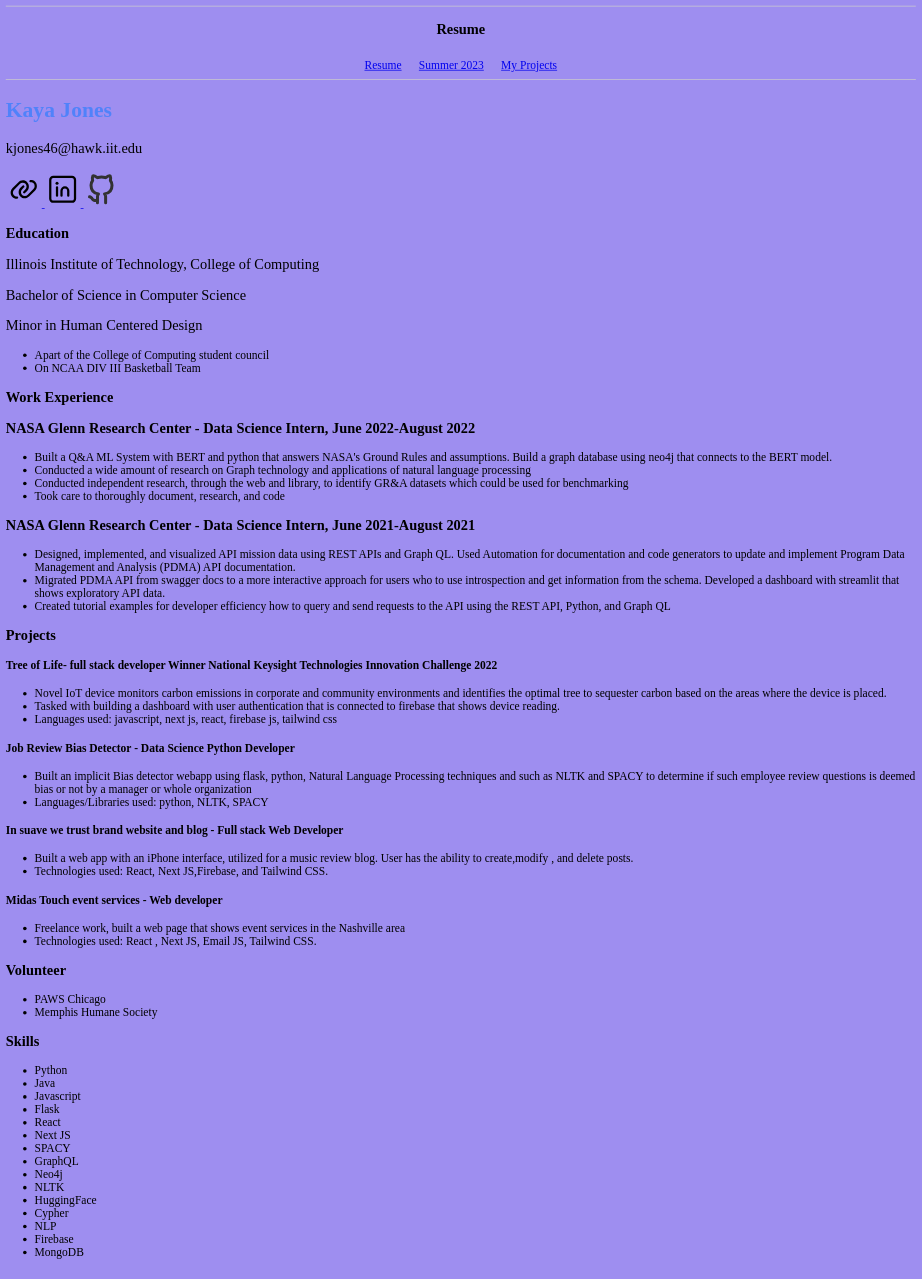
Repository: kayacancode/itm361project1
Page: index.html
The author's editor kept a copy of each file at every save. The page is drawn from the files as they stood at one save, then again after the next save.
The browser window is 1280 px wide. The pictures show the whole page, at 72% of full size.
Some web fonts or font styles are not loaded; a fallback is used.

Above is the page before, as saved 2023-04-18 22:21:54.

### index.html
<!DOCTYPE html>
<html lang="en">
  <head>
    <meta charset="UTF-8" >
    <title>ITMD 361 - Web Development</title>
    <link rel="stylesheet" href="css/style.css">

  </head>
  <body>
    <header>
      <section>
      <nav>
        <h1>Resume</h1>
        <ul>
          <li><a href="index.html">Resume</a></li>
          <li><a href="summer2023.html">Summer 2023</a></li>
          <li><a href="projects.html">My Projects</a></li>
        </ul>
      </nav>
    </section>
    </header>
    <h2>Kaya Jones</h2>
    <p>kjones46@hawk.iit.edu</p>
    <section>
    <div class="icons">
      <a href="https://www.kayacancode.com/">
      <svg width="50px" height="50px" viewBox="0 0 24 24" fill="none" xmlns="http://www.w3.org/2000/svg">
        <path d="M7.23001 18.25C6.17025 18.2535 5.15243 17.8363 4.40001 17.09C3.63614 16.2785 3.22341 15.1983 3.2515 14.0842C3.27958 12.97 3.74622 11.912 4.55001 11.14L8.31001 7.35C9.12729 6.50634 10.2456 6.0209 11.42 6C11.9475 6.00352 12.4692 6.11135 12.9549 6.3173C13.4406 6.52325 13.8807 6.82324 14.25 7.2C15.0243 8.01629 15.4433 9.10627 15.4152 10.231C15.387 11.3557 14.9141 12.4234 14.1 13.2L12.84 14.46C12.7713 14.5337 12.6885 14.5928 12.5965 14.6338C12.5045 14.6748 12.4052 14.6968 12.3045 14.6986C12.2038 14.7004 12.1038 14.6818 12.0104 14.6441C11.917 14.6064 11.8322 14.5503 11.761 14.479C11.6897 14.4078 11.6336 14.323 11.5959 14.2296C11.5582 14.1362 11.5396 14.0362 11.5414 13.9355C11.5432 13.8348 11.5652 13.7355 11.6062 13.6435C11.6472 13.5515 11.7063 13.4687 11.78 13.4L13 12.1C13.5247 11.6076 13.8338 10.9279 13.86 10.2088C13.8862 9.4897 13.6275 8.78933 13.14 8.26C12.6071 7.7953 11.9167 7.55197 11.2102 7.57986C10.5037 7.60774 9.83461 7.90474 9.34001 8.41L5.61001 12.19C5.09513 12.6812 4.79158 13.3535 4.76359 14.0646C4.73559 14.7757 4.98535 15.4698 5.46001 16C5.72088 16.2578 6.03529 16.4551 6.38093 16.5778C6.72657 16.7005 7.09497 16.7456 7.46001 16.71C7.55727 16.7004 7.65547 16.7101 7.74895 16.7386C7.84243 16.7671 7.92934 16.8139 8.00465 16.8762C8.07996 16.9385 8.14218 17.0151 8.18773 17.1015C8.23327 17.188 8.26124 17.2827 8.27001 17.38C8.28956 17.5775 8.23003 17.7747 8.10444 17.9284C7.97885 18.0821 7.79746 18.1798 7.60001 18.2L7.23001 18.25Z" fill="#000000"/>
        <path d="M12.58 18C12.0525 17.9965 11.5308 17.8887 11.0451 17.6827C10.5594 17.4768 10.1193 17.1768 9.75 16.8C8.97574 15.9837 8.55674 14.8937 8.58486 13.769C8.61297 12.6443 9.08592 11.5766 9.9 10.8L11.16 9.54C11.2287 9.46632 11.3115 9.40721 11.4035 9.36622C11.4955 9.32523 11.5948 9.30319 11.6955 9.30141C11.7962 9.29964 11.8962 9.31816 11.9896 9.35588C12.083 9.3936 12.1678 9.44975 12.239 9.52097C12.3103 9.59218 12.3664 9.67702 12.4041 9.77041C12.4418 9.86379 12.4604 9.96382 12.4586 10.0645C12.4568 10.1652 12.4348 10.2645 12.3938 10.3565C12.3528 10.4485 12.2937 10.5313 12.22 10.6L11 11.9C10.4753 12.3924 10.1662 13.0721 10.14 13.7912C10.1138 14.5103 10.3726 15.2107 10.86 15.74C11.3929 16.2047 12.0833 16.448 12.7898 16.4201C13.4963 16.3923 14.1654 16.0953 14.66 15.59L18.43 11.81C18.9393 11.3134 19.2355 10.6383 19.256 9.92727C19.2766 9.21626 19.0198 8.52513 18.54 8C18.2791 7.7422 17.9647 7.54495 17.6191 7.42224C17.2734 7.29954 16.905 7.2544 16.54 7.29C16.4427 7.29964 16.3445 7.28992 16.2511 7.2614C16.1576 7.23287 16.0707 7.18612 15.9954 7.12382C15.9201 7.06153 15.8578 6.98493 15.8123 6.89846C15.7667 6.81199 15.7388 6.71735 15.73 6.62C15.7104 6.42248 15.77 6.22527 15.8956 6.07156C16.0212 5.91786 16.2025 5.82021 16.4 5.8C16.9821 5.73967 17.5704 5.80779 18.1233 5.99959C18.6762 6.19138 19.1803 6.50216 19.6 6.91C20.3639 7.72153 20.7766 8.80172 20.7485 9.91585C20.7204 11.03 20.2538 12.088 19.45 12.86L15.69 16.65C14.8727 17.4937 13.7544 17.9791 12.58 18Z" fill="#000000"/>
        </svg> </a>
    <a href="https://www.linkedin.com/in/kayarjones/">
    <svg width="50px" height="50px" viewBox="0 0 192 192" xmlns="http://www.w3.org/2000/svg" fill="none"><rect width="132" height="132" x="30" y="30" stroke="#000000" stroke-width="12" rx="16"/><path stroke="#000000" stroke-linecap="round" stroke-linejoin="round" stroke-width="12" d="M66 86v44"/><circle cx="66" cy="64" r="8" fill="#000000"/><path stroke="#000000" stroke-linecap="round" stroke-width="12" d="M126 130v-26c0-9.941-8.059-18-18-18v0c-9.941 0-18 8.059-18 18v26"/></svg>
  </a>
  <a href="https://github.com/kayacancode">
  <svg width="50px" height="50px" viewBox="0 0 24 24" fill="none" xmlns="http://www.w3.org/2000/svg">
    <path d="M9.29183 21V18.4407L9.3255 16.6219C9.36595 16.0561 9.58639 15.5228 9.94907 15.11C9.95438 15.1039 9.95972 15.0979 9.9651 15.0919C9.9791 15.0763 9.96988 15.0511 9.94907 15.0485V15.0485C7.52554 14.746 5.0005 13.7227 5.0005 9.26749C4.9847 8.17021 5.3427 7.10648 6.00437 6.27215C6.02752 6.24297 6.05103 6.21406 6.07492 6.18545V6.18545C6.10601 6.1482 6.11618 6.09772 6.10194 6.05134C6.10107 6.04853 6.10021 6.04571 6.09935 6.04289C6.0832 5.9899 6.06804 5.93666 6.05388 5.88321C5.81065 4.96474 5.86295 3.98363 6.20527 3.09818C6.20779 3.09164 6.21034 3.08511 6.2129 3.07858C6.22568 3.04599 6.25251 3.02108 6.28698 3.01493V3.01493C6.50189 2.97661 7.37036 2.92534 9.03298 4.07346C9.08473 4.10919 9.13724 4.14609 9.19053 4.18418V4.18418C9.22901 4.21168 9.27794 4.22011 9.32344 4.20716C9.32487 4.20675 9.32631 4.20634 9.32774 4.20593C9.41699 4.18056 9.50648 4.15649 9.59617 4.1337C11.1766 3.73226 12.8234 3.73226 14.4038 4.1337C14.4889 4.1553 14.5737 4.17807 14.6584 4.20199C14.6602 4.20252 14.6621 4.20304 14.6639 4.20356C14.7174 4.21872 14.7749 4.20882 14.8202 4.17653V4.17653C14.8698 4.14114 14.9187 4.10679 14.967 4.07346C16.6257 2.92776 17.4894 2.9764 17.7053 3.01469V3.01469C17.7404 3.02092 17.7678 3.04628 17.781 3.07946C17.7827 3.08373 17.7843 3.08799 17.786 3.09226C18.1341 3.97811 18.1894 4.96214 17.946 5.88321C17.9315 5.93811 17.9159 5.9928 17.8993 6.04723V6.04723C17.8843 6.09618 17.8951 6.14942 17.9278 6.18875C17.9289 6.18998 17.9299 6.19121 17.9309 6.19245C17.9528 6.21877 17.9744 6.24534 17.9956 6.27215C18.6573 7.10648 19.0153 8.17021 18.9995 9.26749C18.9995 13.747 16.4565 14.7435 14.0214 15.015V15.015C14.0073 15.0165 14.001 15.0334 14.0105 15.0439C14.0141 15.0479 14.0178 15.0519 14.0214 15.0559C14.2671 15.3296 14.4577 15.6544 14.5811 16.0103C14.7101 16.3824 14.7626 16.7797 14.7351 17.1754V21" stroke="#323232" stroke-width="2" stroke-linecap="round" stroke-linejoin="round"/>
    <path d="M4 17C4.36915 17.0523 4.72159 17.1883 5.03065 17.3975C5.3397 17.6068 5.59726 17.8838 5.7838 18.2078C5.94231 18.4962 6.15601 18.7504 6.41264 18.9557C6.66927 19.161 6.96379 19.3135 7.27929 19.4043C7.59478 19.4952 7.92504 19.5226 8.25112 19.485C8.5772 19.4475 8.89268 19.3457 9.17946 19.1855" stroke="#323232" stroke-width="2" stroke-linecap="round" stroke-linejoin="round"/>
  </svg>
  </a>
    </div>

  </section>
  <section>
    <h3>Education</h3>
    <p>Illinois Institute of Technology, College of Computing</p>
    <p>Bachelor of Science in Computer Science</p>
    <p>Minor in Human Centered Design</p>
    <ul >
      <li>Apart of the College of Computing student council</li>
      <li>On NCAA DIV III Basketball Team</li>
    </ul>
  </section>
    <section>
    <h3>Work Experience</h3>
    <p>
      <span style="font-weight:bold">NASA Glenn Research Center - Data Science Intern, June 2022-August 2022 </span>
    </p>
    <ul >
      <li>
        Built a Q&A ML System with BERT and python that answers NASA's Ground
        Rules and assumptions. Build a graph database using neo4j that connects
        to the BERT model.
      </li>
      <li>
        Conducted a wide amount of research on Graph technology and applications
        of natural language processing
      </li>
      <li>
        Conducted independent research, through the web and library, to identify
        GR&A datasets which could be used for benchmarking
      </li>
      <li>Took care to thoroughly document, research, and code</li>
    </ul>
    <p>
      <span style="font-weight:bold">NASA Glenn Research Center - Data Science Intern, June 2021-August 2021 </span>
    </p>
    <ul >
      <li>
        Designed, implemented, and visualized API mission data using REST APIs
        and Graph QL. Used Automation for documentation and code generators to
        update and implement Program Data Management and Analysis (PDMA) API
        documentation.
      </li>
      <li>
        Migrated PDMA API from swagger docs to a more interactive approach for
        users who to use introspection and get information from the schema.
        Developed a dashboard with streamlit that shows exploratory API data.
      </li>
      <li>
        Created tutorial examples for developer efficiency how to query and send
        requests to the API using the REST API, Python, and Graph QL
      </li>
    </ul>
  </section>
  <section>
    <h3>Projects</h3>
    <h4>Tree of Life- full stack developer Winner National Keysight Technologies
      Innovation Challenge 2022</h4>
    <ul>

      <li>
        Novel IoT device monitors carbon emissions in corporate and community
        environments and identifies the optimal tree to sequester carbon based
        on the areas where the device is placed.
      </li>
      <li>
        Tasked with building a dashboard with user authentication that is
        connected to firebase that shows device reading.
      </li>
      <li>
        Languages used: javascript, next js, react, firebase js, tailwind css
      </li>
    </ul>
    <h4>Job Review Bias Detector - Data Science Python Developer</h4>
    <ul>
      <li>
        Built an implicit Bias detector webapp using flask, python, Natural
        Language Processing techniques and such as NLTK and SPACY to determine
        if such employee review questions is deemed bias or not by a manager or
        whole organization
      </li>

      <li>Languages/Libraries used: python, NLTK, SPACY</li>
    </ul>
    <h4>In suave we trust brand website and blog - Full stack Web Developer</h4>
    <ul >

      <li>
        Built a web app with an iPhone interface, utilized for a music review
        blog. User has the ability to create,modify , and delete posts.
      </li>

      <li>Technologies used: React, Next JS,Firebase, and Tailwind CSS.</li>
    </ul>
    <h4>Midas Touch event services - Web developer</h4>
    <ul>

      <li>
        Freelance work, built a web page that shows event services in the
        Nashville area
      </li>

      <li>Technologies used: React , Next JS, Email JS, Tailwind CSS.</li>
    </ul>
  </section>

  <h3>Volunteer </h3>
  <ul>
    <li>PAWS Chicago</li>
    <li>Memphis Humane Society</li>
  </ul>




    <h3>Skills</h3>
    <ul >
      <li>Python</li>
      <li>Java</li>
      <li>Javascript</li>
      <li>Flask</li>
      <li>React</li>
      <li>Next JS</li>
      <li>SPACY</li>
      <li>GraphQL</li>
      <li>Neo4j</li>
      <li>NLTK</li>
      <li>HuggingFace</li>
      <li>Cypher</li>
      <li>NLP</li>
      <li>Firebase</li>
      <li>MongoDB</li>
    </ul>
  </body>
</html>

### css/style.css
@import url("https://fonts.googleapis.com/css2?family=Tilt+Warp&display=swap");
@import url("https://fonts.googleapis.com/css2?family=Tilt+Warp&display=swap");

body {
  background-color: #9e8ef0;
}

nav {
  border: 1px solid #ccc;
  border-width: 1px 0;
  list-style: none;
  margin: 0;
  padding: 0;
  text-align: center;
}
nav li {
  display: inline;
}
nav a {
  display: inline-block;
  padding: 10px;
}
nav ul {
  list-style-type: none;
  margin: 0;
  padding: 0;
  position: relative;
}
h1,
h2,
h3,
p {
  font-family: "Tilt Warp", cursive;
  font-size: 20px;

}

h2 {
  font-size: 30px;
  font-family: "Tilt Warp", cursive;
  color: #5082fa;
}

.websites img {
  display: block;
  margin-left: auto;
  margin-right: auto;
  max-width: 50%;
  height: 350px;
  border-radius: 20px;
}

.trips img {
  max-width: 50%;
  height: 350px;
  border-radius: 20px;
  margin-left: auto;
  margin-right: auto;
}

figcaption {
  text-align: center;
  padding-top: 10px;
  float: inline-start;
}

After the next save:
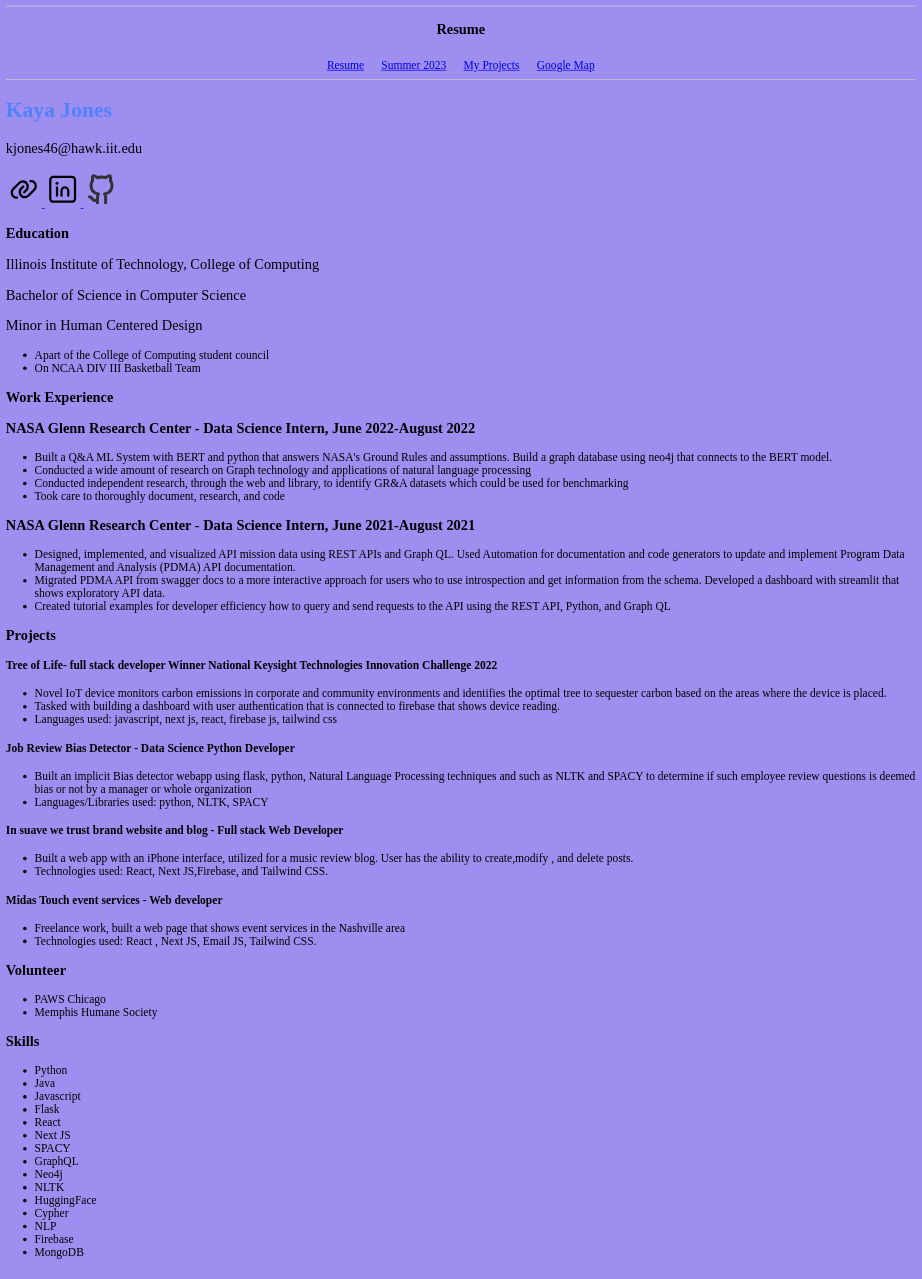
Saved 21 s later.
--- a/index.html
+++ b/index.html
@@ -15,6 +15,7 @@
           <li><a href="index.html">Resume</a></li>
           <li><a href="summer2023.html">Summer 2023</a></li>
           <li><a href="projects.html">My Projects</a></li>
+          <li><a href="map.html">Google Map</a></li>
         </ul>
       </nav>
     </section>
